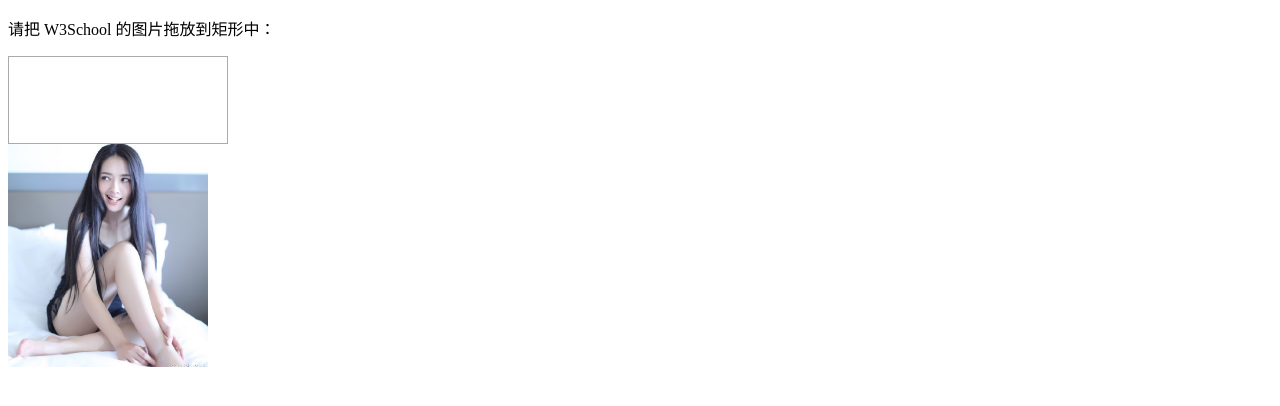
Repository: cw19931024/Demo
Page: drap.html
An editor plug-in stored every save of this project. The page is shown before and after the next save, followed by the edit.
The browser window is 1280 px wide. The pictures show the whole page.

Above is the page before, as saved 2017-07-26 16:31:24.

After the next save:
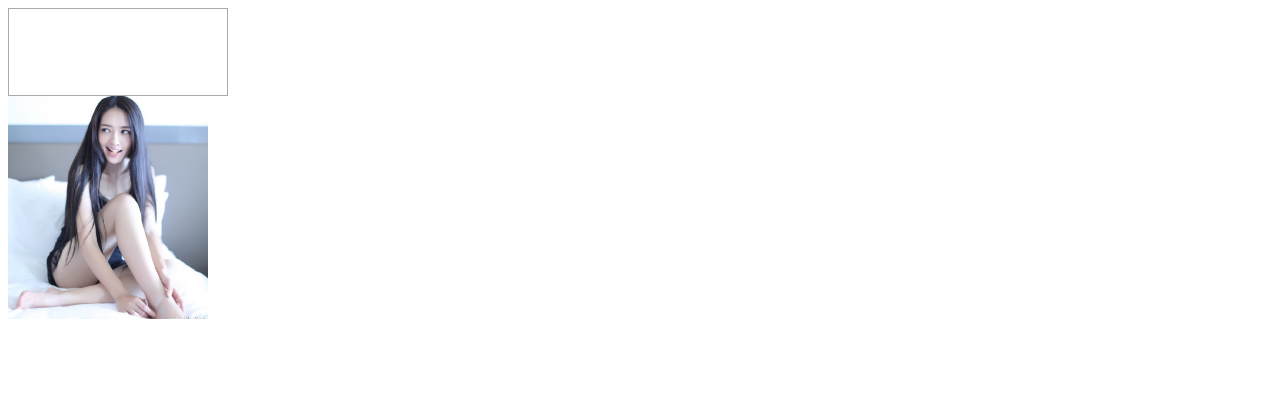
Saved 8 s later.
--- a/drap.html
+++ b/drap.html
@@ -30,7 +30,6 @@
     </script>
 </head>
 <body>
-    <p>请把 W3School 的图片拖放到矩形中：</p>
     <div id="div1" ondrop="drop(event)" ondragover="allowDrop(event)"></div>
     <img id="drag1" src="img/gbt_2.jpg" draggable="true" ondragstart="drag(event)" />
 </body>
